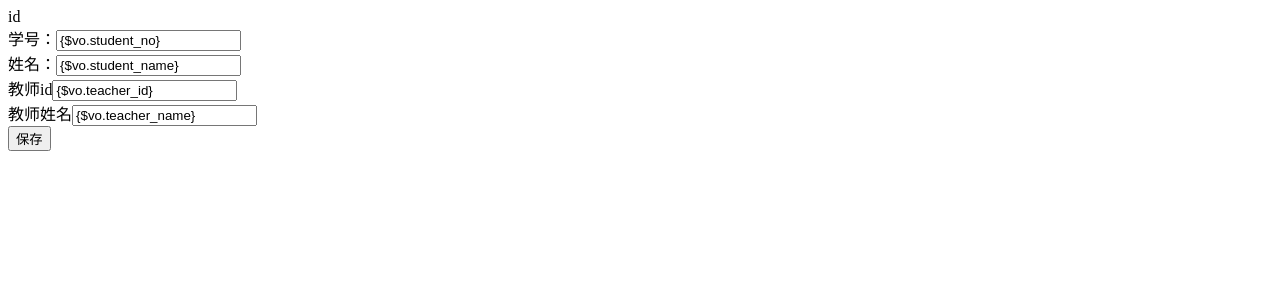
Repository: yonghuisu/THUVote
Page: LocalProject/Application/Home/View/Vote/edit.html
An editor plug-in stored every save of this project. The page is shown before and after the next save, followed by the edit.
The browser window is 1280 px wide. The pictures show the whole page.

Above is the page before, as saved 2014-04-14 12:57:57.

After the next save:
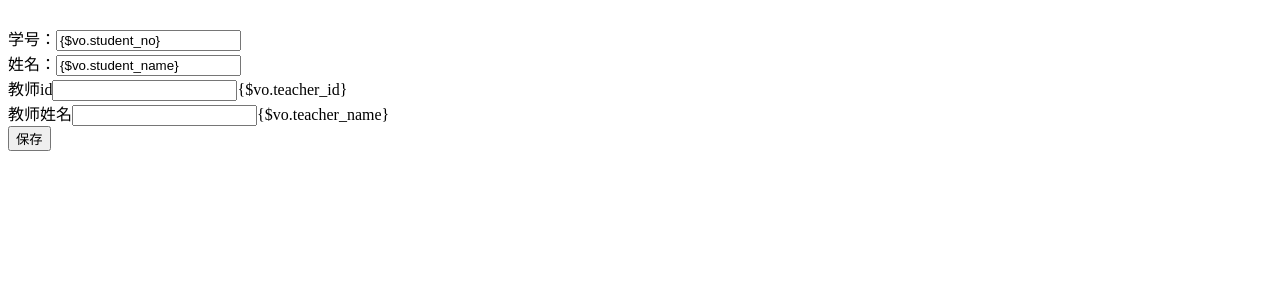
Saved 81 s later.
--- a/LocalProject/Application/Home/View/Vote/edit.html
+++ b/LocalProject/Application/Home/View/Vote/edit.html
@@ -1,10 +1,10 @@
 <FORM method="post" action="__URL__/update">
 <volist name="data" id = "vo">
-id  <INPUT type="hidden" name="student_no" value = "{$vo.id}"><br/>
+    <INPUT type="hidden" name="student_no" value = "{$vo.id}"><br/>
 学号：<INPUT type="text" name="student_no" value = "{$vo.student_no}"><br/>
 姓名：<INPUT type="text" name="student_name" value="{$vo.student_name}"><br/>
-教师id<INPUT type="text" name = "teacher_id" value="{$vo.teacher_id}"><br/>
-教师姓名<INPUT type="text" name = "teacher_name" value="{$vo.teacher_name}"><br/>
+教师id<INPUT type="text" name = "teacher_id" >{$vo.teacher_id}<br/>
+教师姓名<INPUT type="text" name = "teacher_name" value=>{$vo.teacher_name}<br/>
 </volist>
  <INPUT type="submit" value="保存">
  </FORM>

After the save that followed:
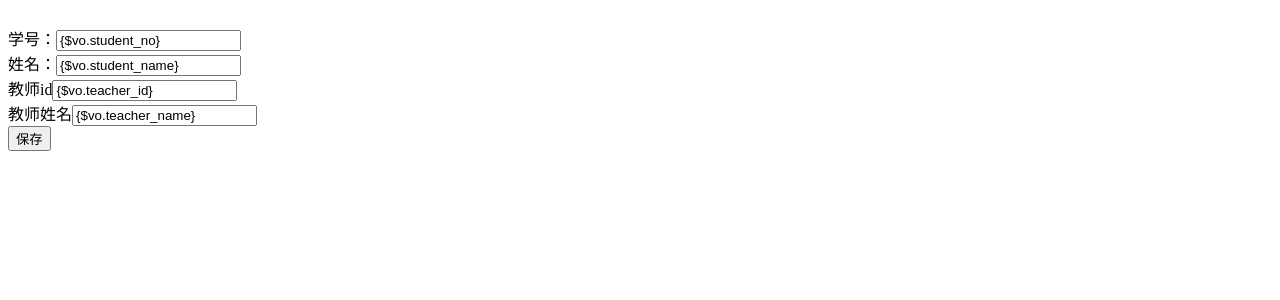
Saved 20 s later.
--- a/LocalProject/Application/Home/View/Vote/edit.html
+++ b/LocalProject/Application/Home/View/Vote/edit.html
@@ -3,8 +3,8 @@
     <INPUT type="hidden" name="student_no" value = "{$vo.id}"><br/>
 学号：<INPUT type="text" name="student_no" value = "{$vo.student_no}"><br/>
 姓名：<INPUT type="text" name="student_name" value="{$vo.student_name}"><br/>
-教师id<INPUT type="text" name = "teacher_id" >{$vo.teacher_id}<br/>
-教师姓名<INPUT type="text" name = "teacher_name" value=>{$vo.teacher_name}<br/>
+教师id<INPUT type="text" name = "teacher_id" value="{$vo.teacher_id}"><br/>
+教师姓名<INPUT type="text" name = "teacher_name" value="{$vo.teacher_name}"><br/>
 </volist>
  <INPUT type="submit" value="保存">
  </FORM>
